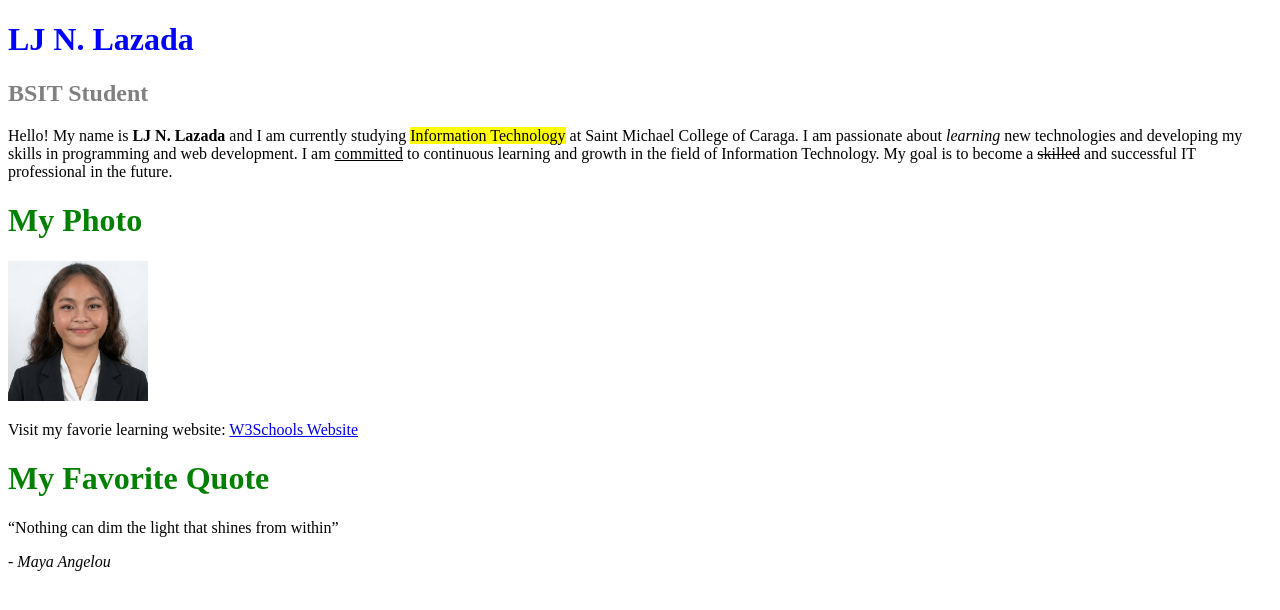
Repository: ljlazada11/myfirsthtml
Page: index.html
The author's editor kept a copy of each file at every save. The page is drawn from the files as they stood at one save, then again after the next save.
The browser window is 1280 px wide. The pictures show the whole page.

Above is the page before, as saved 2026-06-24 19:45:44.

After the next save:
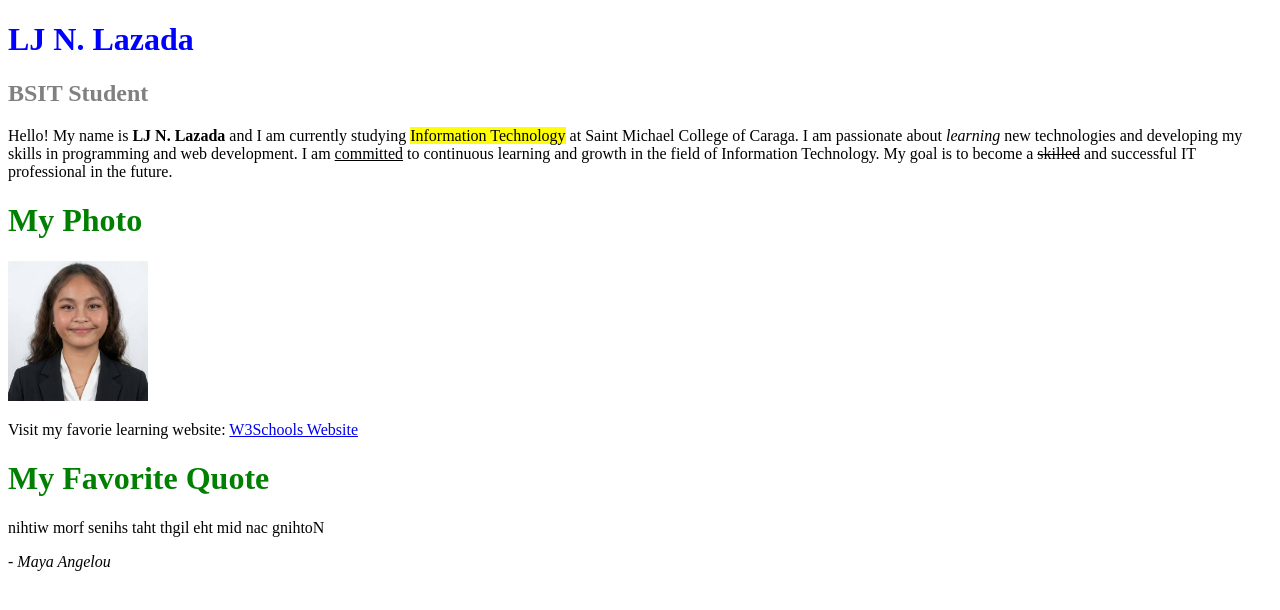
Saved 2 min 48 s later.
--- a/index.html
+++ b/index.html
@@ -18,7 +18,7 @@
 
     <body>
     <h1 style="color:green;">My Favorite Quote</h1>
-    <p>         <q>Nothing can dim the light that shines from within</q> </p>
+    <p><bdo dir="rtl">Nothing can dim the light that shines from within</bdo></p>
     <p><cite>- Maya Angelou</cite></p>
 </body>
 </html>

After the save that followed:
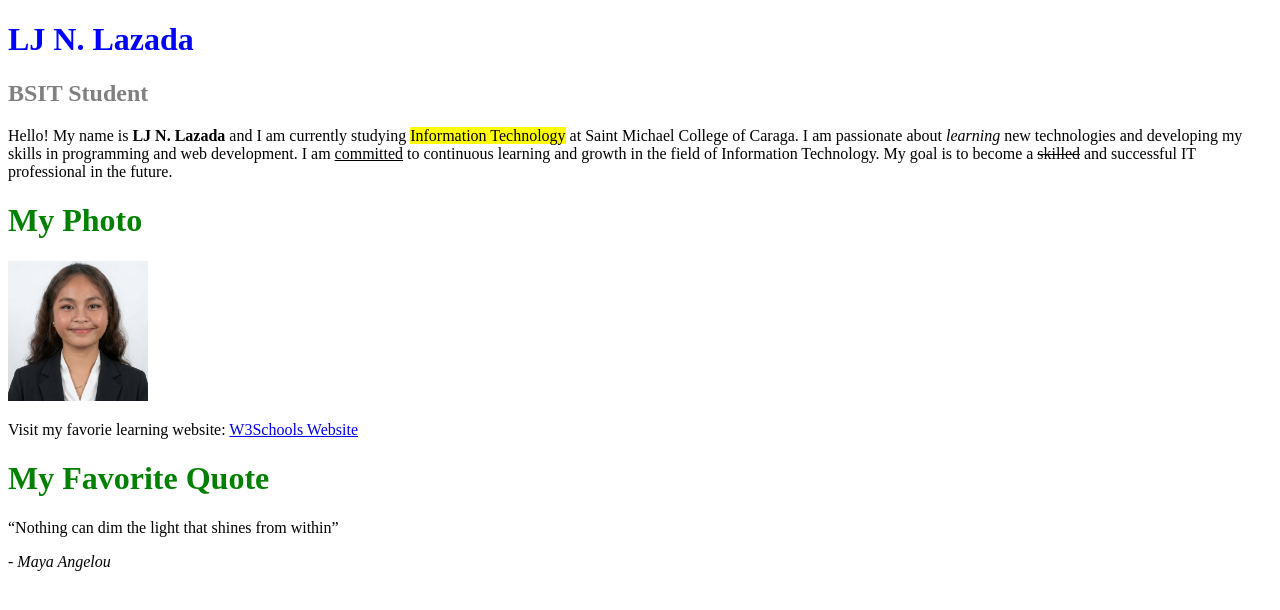
Saved 28 s later.
--- a/index.html
+++ b/index.html
@@ -18,7 +18,7 @@
 
     <body>
     <h1 style="color:green;">My Favorite Quote</h1>
-    <p><bdo dir="rtl">Nothing can dim the light that shines from within</bdo></p>
+    <p><q>Nothing can dim the light that shines from within</q></p>
     <p><cite>- Maya Angelou</cite></p>
 </body>
 </html>
